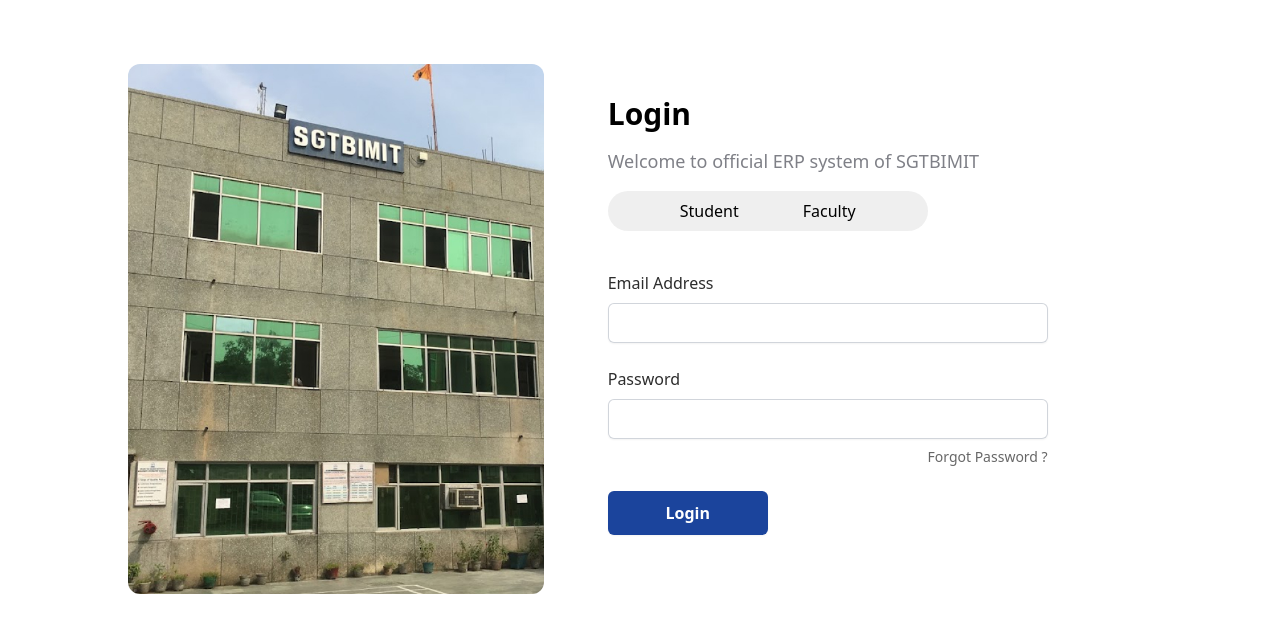
Repository: SehajBindra/SGTBIMIT-ERP-Client
Page: /StudentLogin
An editor plug-in stored every save of this project. The page is shown before and after the next save, followed by the edit.
The browser window is 1280 px wide. The pictures show the whole page.
The project was rebuilt for these pictures with package versions that can differ from the ones it lists, and the page was loaded fresh each time. Also part of the build but not shown: src/LOGIN/Login.js, src/LOGIN/FACULTY/FacultyLogin.js, src/STUDENT_PAGE/StuBody.js, src/STUDENT_PAGE/StuSidebar.js, src/STUDENT_PAGE/StuHeader.js, src/STUDENT_PAGE/StudentHome.js, src/FACULTY_PAGE/FacBody.js, src/FACULTY_PAGE/FacHeader.js and 2 more.

Above is the page before, as saved 2023-05-14 16:47:13.

### src/App.js
import React from 'react';
import { BrowserRouter as Router, Routes, Route } from "react-router-dom";
import './App.css';
import Login from './LOGIN/Login';
import StudentLogin from './LOGIN/STUDENT/StudentLogin';
import FacultyLogin from './LOGIN/FACULTY/FacultyLogin';
import StuBody from './STUDENT_PAGE/StuBody';
import StudentHome from './STUDENT_PAGE/StudentHome';
import StuSidebar from './STUDENT_PAGE/StuSidebar';
import StuHeader from './STUDENT_PAGE/StuHeader';
import FacBody from './FACULTY_PAGE/FacBody';
import FacHeader from './FACULTY_PAGE/FacHeader';
import FacSidebar from './FACULTY_PAGE/FacSidebar';
import FacultyHome from './FACULTY_PAGE/FacultyHome';
function App() {
  return (
    <div className="App">
      <Router>
        <Routes>
        <Route exact path="/" element={<Login />}></Route>
        <Route exact path="StudentLogin" element={<StudentLogin/>}></Route>
        <Route exact path="FacultyLogin" element={<FacultyLogin/>}></Route>
        <Route exact path="StuBody" element={<StuBody/>}></Route>
        <Route exact path="StuSidebar" element={<StuSidebar/>}></Route>
        <Route exact path="StuHeader" element={<StuHeader/>}></Route>
        <Route exact path="StudentHome" element={<StudentHome/>}></Route>
        <Route exact path="FacBody" element={<FacBody/>}></Route>
        <Route exact path="FacHeader" element={<FacHeader/>}></Route>
        <Route exact path="FacSidebar" element={<FacSidebar/>}></Route>
        <Route exact path="FacultyHome" element={<FacultyHome/>}></Route>
        </Routes>
      </Router>
    </div>
  );
}

export default App;

### src/LOGIN/STUDENT/StudentLogin.js
import React, { useEffect, useState } from "react";
import VisibilityIcon from "@mui/icons-material/Visibility";
import VisibilityOffIcon from "@mui/icons-material/VisibilityOff";

const StudentLogin = () => {
  const [translate, setTranslate] = useState(false);
  const [username, setUsername] = useState("");
  const [password, setPassword] = useState("");
  const [showPassword, setShowPassword] = useState(false);
  const [loading] = useState(false);

  useEffect(() => {
    setTimeout(() => {
      setTranslate(true);
    }, 1000);
  }, []);

  return (
    <div className=" flex flex-row h-[530px] my-16 max-w-5xl mx-auto ">
      <div className=" flex-col flex  ">
        <img
          className="hidden md:inline h-[530px] object-cover rounded-xl"
          src="/sgtb.jpg"
          alt="banner_image"
        />
      </div>

      <div className="bg-white text-left flex  ml-16 flex-col my-8">
        <h2 className="text-3xl  font-semibold">Login</h2>
        <p className="text-[#7F8087] text-[18px] my-4">
          Welcome to official ERP system of SGTBIMIT
        </p>

        <div
          className="flex  flex-row items-center  justify-center h-10 text-[#
            1B449C] bg-[#EEEE] max-w-xs  space-x-16 capitalize text-[16px] rounded-[32px]"
        >
          <p>student</p>
          <p className="">faculty</p>
        </div>

        <div>
          <div className="mt-10 text-[16px] capitalize  sm:w-full sm:max-w-sm">
            <form className="space-y-6" action="#" method="POST">
              <div>
                <label className="block text-left  font-normal leading-6 text-[#2D2D2D]">
                  Email address
                </label>
                <div className="mt-2">
                  <input
                    id="email"
                    name="email"
                    type="email"
                    autoComplete="email"
                    required
                    className="block w-[440px] rounded-md border-0 py-2 text-gray-900 shadow-sm ring-1 ring-inset ring-gray-300 placeholder:text-gray-400 focus:ring-2 focus:ring-inset focus:ring-indigo-600 sm:text-sm sm:leading-6"
                  />
                </div>
              </div>

              <div>
                <div className="flex items-center justify-between">
                  <label
                    htmlFor="password"
                    className="block  font-normal leading-6 text-[#2D2D2D]"
                  >
                    Password
                  </label>
                </div>
                <div className="mt-2">
                  <input
                    id="password"
                    name="password"
                    type="password"
                    autoComplete="current-password"
                    required
                    className="block w-[440px] rounded-md border-0 py-2 text-gray-900 shadow-sm ring-1 ring-inset ring-gray-300 placeholder:text-gray-400 focus:ring-2 focus:ring-inset focus:ring-indigo-600 sm:text-sm sm:leading-6"
                  />
                </div>
                <div className="text-sm text-right w-[440px] mt-2">
                  <a
                    href="#"
                    className=" font-medium text-black/60 hover:text-black/60"
                  >
                    Forgot password ?
                  </a>
                </div>
              </div>

              <div>
                <button
                  type="submit"
                  className="flex w-40 justify-center rounded-md bg-[#1B449C] px-3 py-2.5 text-[16px] font-semibold leading-6 text-white shadow-sm hover:bg-indigo-500 focus-visible:outline focus-visible:outline-2 focus-visible:outline-offset-2 focus-visible:outline-indigo-600"
                >
                  Login
                </button>
              </div>
            </form>
          </div>
        </div>
      </div>
    </div>
  );
};

export default StudentLogin;

### src/LOGIN/Login.css
*{
    margin: 0;
    padding: 0;
}
.display{
    min-height: 100vh;
    width: 100%;
    background-image: url("back.jpg");
    background-repeat: no-repeat;
    background-size: cover;
    background-position: center;
    position: relative;

}

Loaded but not shown: public/index.html (common file); src/index.js (common file); src/index.css (common file); src/App.css (common file); tailwind.config.js (common file)

After the next save:
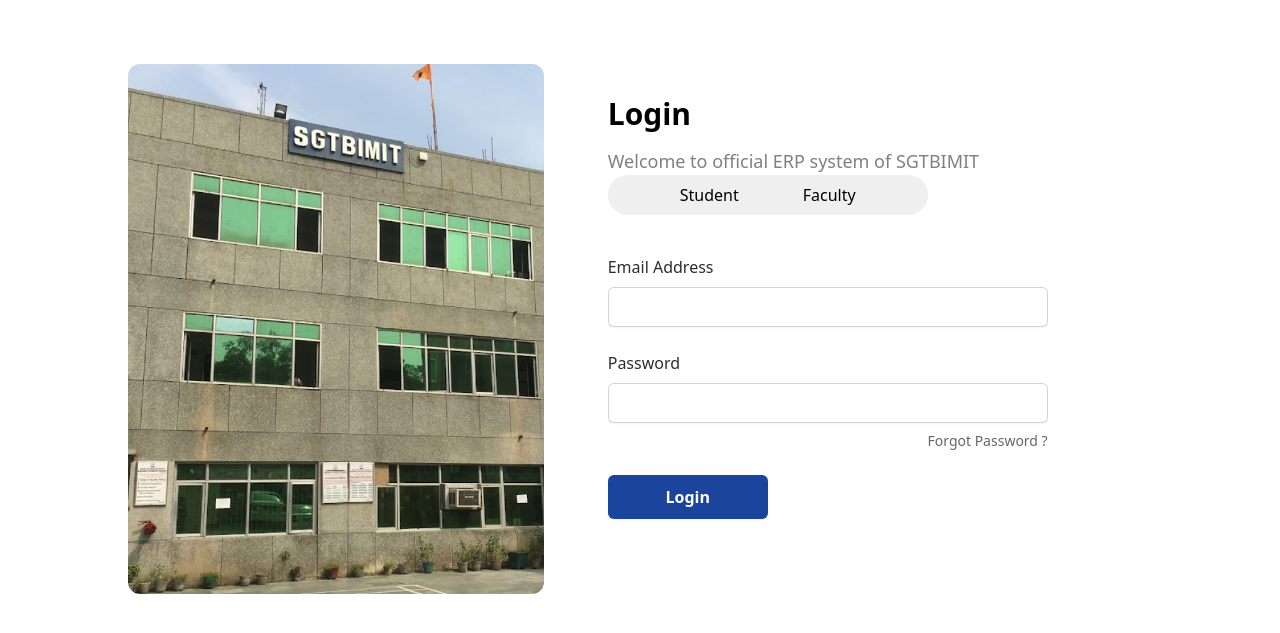
Saved 19 s later.
--- a/src/LOGIN/STUDENT/StudentLogin.js
+++ b/src/LOGIN/STUDENT/StudentLogin.js
@@ -27,7 +27,7 @@
 
       <div className="bg-white text-left flex  ml-16 flex-col my-8">
         <h2 className="text-3xl  font-semibold">Login</h2>
-        <p className="text-[#7F8087] text-[18px] my-4">
+        <p className="text-[#7F8087] text-[18px] mt-4">
           Welcome to official ERP system of SGTBIMIT
         </p>
 
